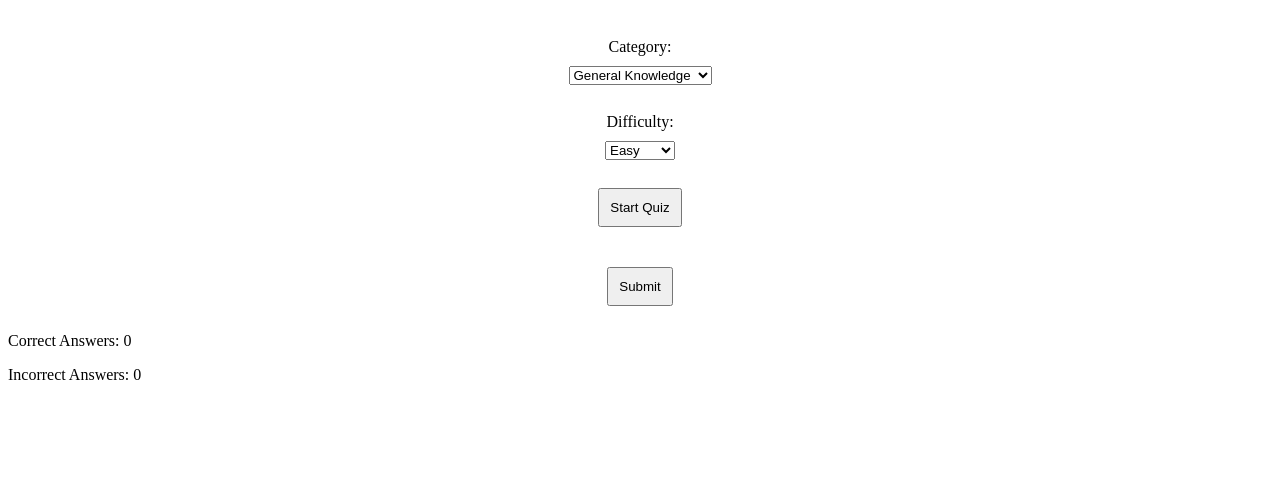
Repository: Kayla-amr/triviaSvelte
Page: /
The author's editor kept a copy of each file at every save. The page is drawn from the files as they stood at one save, then again after a run of saves.
The browser window is 1280 px wide. The pictures show the whole page.
The project was rebuilt for these pictures with package versions that can differ from the ones it lists, and the page was loaded fresh each time. The framework's server and built-in components were replaced by stand-ins that run in the browser. Also part of the build but not shown: svelte.config.js, vite.config.js.

Above is the page before, as saved 2023-03-18 09:20:57.

After the next 2 saves:
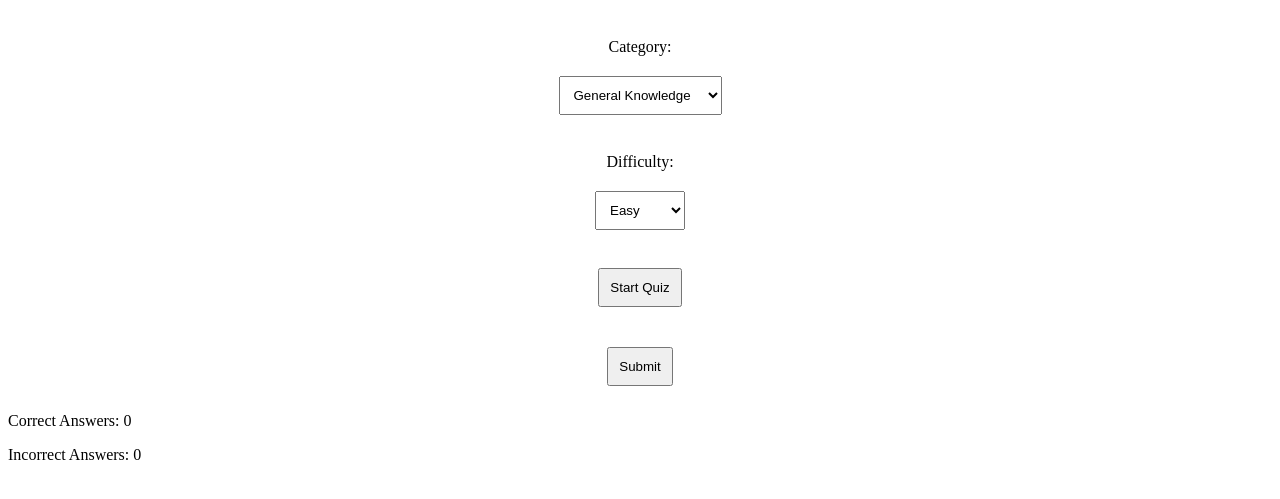
The 2 saves are shown as one change because they came seconds apart.
The last was saved 12 s later.
--- a/src/routes/+page.svelte
+++ b/src/routes/+page.svelte
@@ -107,6 +107,10 @@
     label {
         padding: 10px;
     }
+    select {
+        padding: 10px;
+        margin: 10px;
+    }
     button {
         padding: 10px;
         margin: 10px;
